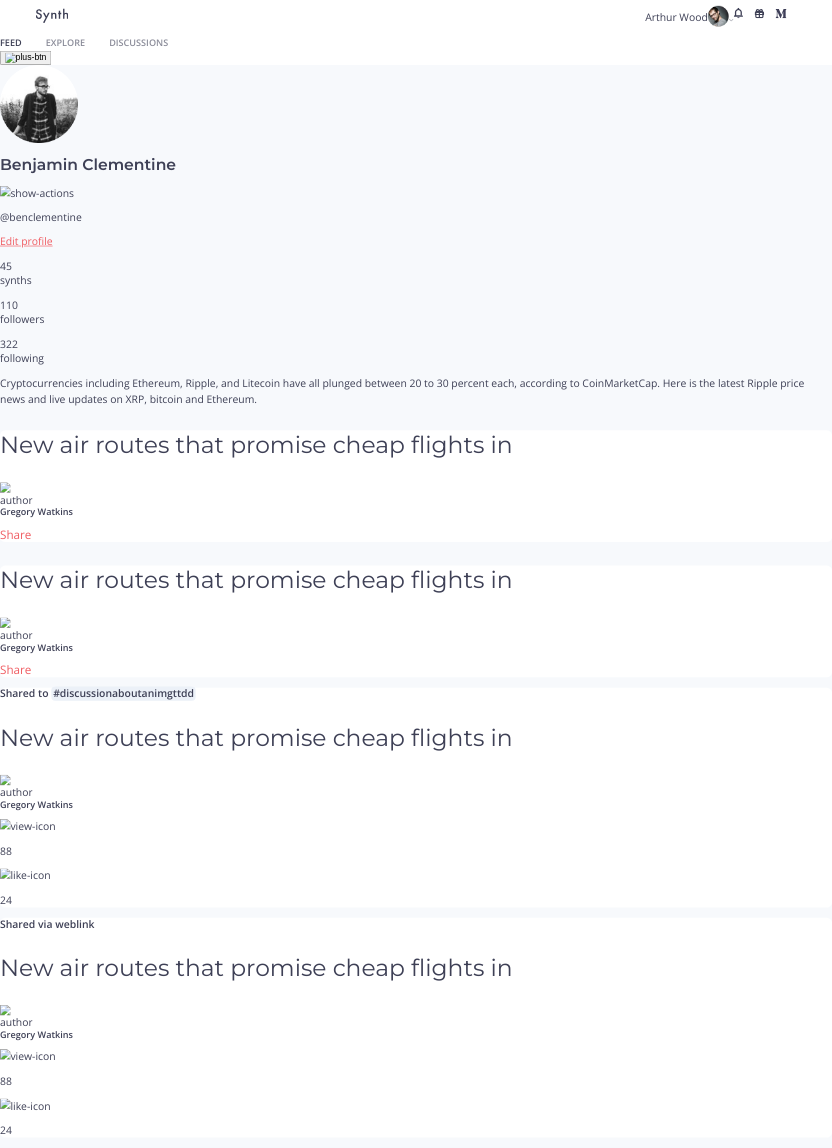
Repository: ecspetra/swivl-test-task
Page: index.html
An editor plug-in stored every save of this project. The page is shown before and after a run of saves, followed by the edit.
The browser window is 1280 px wide. The pictures show the whole page, at 65% of full size.
The style sheet was rebuilt from its Sass, Less or Tailwind sources for each picture, by a compiler version that may differ from the author's.

Above is the page before, as saved 2021-12-09 22:20:06.

### index.html
<!DOCTYPE html>
<html lang="en">

<head>
    <meta charset="UTF-8">
    <meta http-equiv="X-UA-Compatible" content="IE=edge">
    <meta name="viewport" content="width=device-width, initial-scale=1.0">
    <link rel="stylesheet" href="css/style.css">
    <link rel="preconnect" href="https://fonts.googleapis.com">
    <link rel="preconnect" href="https://fonts.gstatic.com" crossorigin>
    <link
        href="https://fonts.googleapis.com/css2?family=Montserrat:wght@400;600&family=Open+Sans:wght@400;600;700&display=swap"
        rel="stylesheet">
    <title>Synth User Profile</title>
</head>

<body>
    <header>
        <div class="header">
            <div class="header__logo-wrapper">
                <img class="header__logo" src="img/synth-logotype.svg" alt="synth-logotype">
            </div>
            <div class="header__profile">
                <div class="header__user">
                    <p class="header__username">Arthur Wood</p>
                    <div class="header__avatar-wrapper">
                        <img class="header__avatar" src="img/header__avatar.png" alt="avatar">
                    </div>
                    <div class="header__arrow-wrapper">
                        <svg class="header__arrow-icon" id="ba6410b2-2881-4fc2-923a-a8db5a3872e4" data-name="Слой 1"
                            xmlns="http://www.w3.org/2000/svg" viewBox="0 0 10 6">
                            <defs>
                                <style>
                                    .f6cb09cf-160b-4058-9ce5-6ae66b7c591d {
                                        fill: #3e4056;
                                    }
                                </style>
                            </defs>
                            <path class="f6cb09cf-160b-4058-9ce5-6ae66b7c591d"
                                d="M5,6a1,1,0,0,1-.71-.29l-4-4A1,1,0,0,1,1.71.29L5,3.59,8.29.29A1,1,0,1,1,9.71,1.71l-4,4A1,1,0,0,1,5,6Z" />
                        </svg>
                    </div>
                </div>
                <div class="header__icons">
                    <div class="header__icon-wrapper">
                        <svg class="header__notifications-icon" width="14" height="16" viewBox="0 0 14 16" fill="none"
                            xmlns="http://www.w3.org/2000/svg">
                            <mask id="path-1-inside-1_0_47" fill="white">
                                <path fill-rule="evenodd" clip-rule="evenodd"
                                    d="M8.64706 14.4C8.64706 15.28 7.90588 16 7 16C6.09412 16 5.35294 15.28 5.35294 14.4H6.64706H7H7.35294H8.64706ZM7 3.51197L6.2133 3.69304C4.69773 4.04187 3.64706 5.33599 3.64706 6.8V11.2V11.6H11.9644L12.3529 11.2L12.7647 11.6L14 12.8V13.6H13.2229H12H11.9532H2.04679H2H0.777143H0V12.8L1.23529 11.6L1.64706 11.2V6.8C1.64706 4.344 3.40118 2.288 5.76471 1.744V1.2C5.76471 0.536 6.31647 0 7 0C7.68353 0 8.23529 0.536 8.23529 1.2V1.744C10.5988 2.288 12.3529 4.344 12.3529 6.8V11.2H10.3529V6.8C10.3529 5.33599 9.30227 4.04187 7.7867 3.69304L7 3.51197Z" />
                            </mask>
                            <path
                                d="M8.64706 14.4H10.6471V12.4H8.64706V14.4ZM5.35294 14.4V12.4H3.35294V14.4H5.35294ZM6.2133 3.69304L6.6619 5.64208H6.6619L6.2133 3.69304ZM7 3.51197L7.4486 1.56293L7 1.45968L6.5514 1.56293L7 3.51197ZM3.64706 11.6H1.64706V13.6H3.64706V11.6ZM11.9644 11.6V13.6H12.8098L13.3989 12.9936L11.9644 11.6ZM12.7647 11.6L11.3711 13.0346L12.7647 11.6ZM14 12.8H16V11.9545L15.3936 11.3654L14 12.8ZM14 13.6V15.6H16V13.6H14ZM0 13.6H-2V15.6H0V13.6ZM0 12.8L-1.39357 11.3654L-2 11.9545V12.8H0ZM1.23529 11.6L-0.158278 10.1654H-0.158278L1.23529 11.6ZM1.64706 11.2L3.04063 12.6346L3.64706 12.0455V11.2H1.64706ZM5.76471 1.744L6.2133 3.69304L7.76471 3.33596V1.744H5.76471ZM8.23529 1.744H6.23529V3.33596L7.78669 3.69304L8.23529 1.744ZM10.3529 11.2H8.35294V13.2H10.3529V11.2ZM7.7867 3.69304L7.3381 5.64208H7.3381L7.7867 3.69304ZM7 18C8.95541 18 10.6471 16.4388 10.6471 14.4H6.64706C6.64706 14.1212 6.85636 14 7 14V18ZM3.35294 14.4C3.35294 16.4388 5.04459 18 7 18V14C7.14364 14 7.35294 14.1212 7.35294 14.4H3.35294ZM6.64706 12.4H5.35294V16.4H6.64706V12.4ZM7 12.4H6.64706V16.4H7V12.4ZM7.35294 12.4H7V16.4H7.35294V12.4ZM8.64706 12.4H7.35294V16.4H8.64706V12.4ZM6.6619 5.64208L7.4486 5.46101L6.5514 1.56293L5.76471 1.744L6.6619 5.64208ZM5.64706 6.8C5.64706 6.32045 6.00193 5.79398 6.6619 5.64208L5.76471 1.744C3.39352 2.28976 1.64706 4.35153 1.64706 6.8H5.64706ZM5.64706 11.2V6.8H1.64706V11.2H5.64706ZM5.64706 11.6V11.2H1.64706V11.6H5.64706ZM11.9644 9.6H3.64706V13.6H11.9644V9.6ZM10.9184 9.80643L10.5298 10.2064L13.3989 12.9936L13.7875 12.5936L10.9184 9.80643ZM14.1583 10.1654L13.7465 9.76544L10.9594 12.6346L11.3711 13.0346L14.1583 10.1654ZM15.3936 11.3654L14.1583 10.1654L11.3711 13.0346L12.6064 14.2346L15.3936 11.3654ZM16 13.6V12.8H12V13.6H16ZM13.2229 15.6H14V11.6H13.2229V15.6ZM12 15.6H13.2229V11.6H12V15.6ZM11.9532 15.6H12V11.6H11.9532V15.6ZM2.04679 15.6H11.9532V11.6H2.04679V15.6ZM2 15.6H2.04679V11.6H2V15.6ZM0.777143 15.6H2V11.6H0.777143V15.6ZM0 15.6H0.777143V11.6H0V15.6ZM-2 12.8V13.6H2V12.8H-2ZM-0.158278 10.1654L-1.39357 11.3654L1.39357 14.2346L2.62887 13.0346L-0.158278 10.1654ZM0.253487 9.76544L-0.158278 10.1654L2.62887 13.0346L3.04063 12.6346L0.253487 9.76544ZM-0.352941 6.8V11.2H3.64706V6.8H-0.352941ZM5.31611 -0.20504C2.10462 0.534128 -0.352941 3.35201 -0.352941 6.8H3.64706C3.64706 5.33599 4.69773 4.04187 6.2133 3.69304L5.31611 -0.20504ZM3.76471 1.2V1.744H7.76471V1.2H3.76471ZM7 -2C5.26695 -2 3.76471 -0.622824 3.76471 1.2H7.76471C7.76471 1.69482 7.36599 2 7 2V-2ZM10.2353 1.2C10.2353 -0.622824 8.73305 -2 7 -2V2C6.63401 2 6.23529 1.69482 6.23529 1.2H10.2353ZM10.2353 1.744V1.2H6.23529V1.744H10.2353ZM14.3529 6.8C14.3529 3.35201 11.8954 0.534128 8.68389 -0.20504L7.78669 3.69304C9.30227 4.04187 10.3529 5.33599 10.3529 6.8H14.3529ZM14.3529 11.2V6.8H10.3529V11.2H14.3529ZM10.3529 13.2H12.3529V9.2H10.3529V13.2ZM8.35294 6.8V11.2H12.3529V6.8H8.35294ZM7.3381 5.64208C7.99807 5.79398 8.35294 6.32045 8.35294 6.8H12.3529C12.3529 4.35153 10.6065 2.28976 8.23529 1.744L7.3381 5.64208ZM6.5514 5.46101L7.3381 5.64208L8.23529 1.744L7.4486 1.56293L6.5514 5.46101Z"
                                fill="#3E4056" mask="url(#path-1-inside-1_0_47)" />
                        </svg>
                    </div>
                    <div class="header__icon-wrapper">
                        <svg class="header__share-icon" id="b2f878dd-77d2-4c09-b9a4-707f73bc2f55" data-name="Слой 1"
                            xmlns="http://www.w3.org/2000/svg" viewBox="0 0 16 15.42">
                            <defs>
                                <style>
                                    .bae8df2b-01c6-49e5-bc60-1f7b441e47a7 {
                                        fill: #3e4056;
                                    }
                                </style>
                            </defs>
                            <g id="b9b9b8c9-97a8-42bd-8cda-88f7a0d50de3" data-name="Rectangle 10">
                                <path class="bae8df2b-01c6-49e5-bc60-1f7b441e47a7"
                                    d="M12,15.42H4a3,3,0,0,1-3-3v-6a3,3,0,0,1,3-3h8a3,3,0,0,1,3,3v6A3,3,0,0,1,12,15.42Zm-8-10a1,1,0,0,0-1,1v6a1,1,0,0,0,1,1h8a1,1,0,0,0,1-1v-6a1,1,0,0,0-1-1Z" />
                            </g>
                            <g id="ac1fcabc-fe41-4ad4-8f2c-08a9574db54f" data-name="Oval 6 Copy 3">
                                <path class="bae8df2b-01c6-49e5-bc60-1f7b441e47a7"
                                    d="M5.56,6.07a4.5,4.5,0,0,1-1.48-.24A3.16,3.16,0,0,1,2.34,4.28,2.93,2.93,0,0,1,2.21,2,3,3,0,0,1,6.13.19a4.73,4.73,0,0,1,2,1.52,2.74,2.74,0,0,1,.64,2.64C8.35,5.56,6.89,6.07,5.56,6.07ZM5.05,2a1,1,0,0,0-1,.64.94.94,0,0,0,0,.75A1.09,1.09,0,0,0,4.77,4a2.41,2.41,0,0,0,2.14-.28A1.13,1.13,0,0,0,6.58,3a2.88,2.88,0,0,0-1.13-.88A1.09,1.09,0,0,0,5.05,2Z" />
                            </g>
                            <g id="abe7f8d5-9a70-44fc-800c-0d9336f48a5e" data-name="Oval 6 Copy 4">
                                <path class="bae8df2b-01c6-49e5-bc60-1f7b441e47a7"
                                    d="M10.44,6.07c-1.33,0-2.79-.51-3.23-1.72a2.74,2.74,0,0,1,.64-2.64,4.73,4.73,0,0,1,2-1.52A3,3,0,0,1,13.79,2a3.05,3.05,0,0,1-1.87,3.87A4.5,4.5,0,0,1,10.44,6.07ZM11,2a1.09,1.09,0,0,0-.4.07A2.88,2.88,0,0,0,9.42,3a1.13,1.13,0,0,0-.33.72A2.42,2.42,0,0,0,11.23,4h0a1,1,0,0,0,.68-1.31A1,1,0,0,0,11,2Z" />
                            </g>
                            <g id="ba091cbe-8ec9-403f-a7b6-b61023df330d" data-name="Rectangle 11">
                                <rect class="bae8df2b-01c6-49e5-bc60-1f7b441e47a7" x="7" y="4.42" width="2"
                                    height="10" />
                            </g>
                            <path class="bae8df2b-01c6-49e5-bc60-1f7b441e47a7"
                                d="M14,4.12H2a2,2,0,0,0-2,2v3a1,1,0,0,0,1,1H15a1,1,0,0,0,1-1v-3A2,2,0,0,0,14,4.12Zm0,4.06H2V6.12H14Z" />
                        </svg>
                    </div>
                    <div class="header__icon-wrapper">
                        <svg class="header__medium-icon" width="16" height="13" viewBox="0 0 16 13" fill="none"
                            xmlns="http://www.w3.org/2000/svg">
                            <path
                                d="M1.89729 2.65197C1.91717 2.45096 1.84227 2.25228 1.69561 2.11699L0.201681 0.275132V0H4.84034L8.42577 8.04762L11.578 0H16V0.275132L14.7227 1.52851C14.6126 1.61442 14.5579 1.75561 14.5808 1.89536V11.1046C14.5579 11.2444 14.6126 11.3856 14.7227 11.4715L15.9701 12.7249V13H9.69561V12.7249L10.9879 11.4409C11.1148 11.311 11.1148 11.2728 11.1148 11.0741V3.63022L7.52194 12.9694H7.03641L2.85341 3.63022V9.88948C2.81853 10.1526 2.90393 10.4176 3.08497 10.6079L4.76564 12.6943V12.9694H0V12.6943L1.68067 10.6079C1.86039 10.4173 1.94081 10.1506 1.89729 9.88948V2.65197Z"
                                fill="#3E3F58" />
                        </svg>
                    </div>
                </div>
            </div>
        </div>
        <div class="header__navigation-wrapper">
            <nav class="header__navigation">
                <ul class="navigation-list">
                    <li><a href="#" class="navigation-list__item navigation-list__item__active">Feed</a></li>
                    <li><a href="#" class="navigation-list__item">Explore</a></li>
                    <li><a href="#" class="navigation-list__item">Discussions</a></li>
                </ul>
            </nav>
        </div>
        <button class="header__btn-wrapper">
            <img class="header__btn" src="" alt="plus-btn">
        </button>
    </header>
    <main>
        <section>
            <div class="profile">
                <div class="profile__user-details">
                    <div class="profile__general">
                        <div class="profile__avatar-wrapper">
                            <img class="profile__avatar" src="img/profile__avatar.png" alt="avatar">
                        </div>
                        <div class="profile__name-wrapper">
                            <h2 class="profile__name">Benjamin Clementine</h2>
                            <div class="profile__dots-wrapper">
                                <img class="profile__dots" src="" alt="show-actions">
                            </div>
                        </div>
                        <p class="profile__instagram">@benclementine</p>
                        <a class="profile__edit-btn" href="#">Edit profile</a>
                    </div>
                    <div class="profile__statistics">
                        <p class="profile__synths"><span>45</span><br>synths</p>
                        <p class="profile__followers"><span>110</span><br>followers</p>
                        <p class="profile__following"><span>322</span><br>following</p>
                    </div>
                    <p class="profile__description">Cryptocurrencies including Ethereum, Ripple, and Litecoin have all
                        plunged between 20 to 30 percent each, according to CoinMarketCap. Here is the latest Ripple
                        price news and live updates on XRP, bitcoin and Ethereum.</p>
                </div>

                <div class="profile__switcher"></div>

                <div class="profile__cards-wrapper">
                    <article class="profile-card">
                        <h1 class="profile-card__headline">New air routes that promise cheap flights in</h1>
                        <div class="profile-card__bottom">
                            <div class="profile-card__author-wrapper">
                                <div class="profile-card__author-photo">
                                    <img class="profile-card__author" src="" alt="author">
                                </div>
                                <p class="profile-card__author-name">Gregory Watkins</p>
                            </div>
                            <div class="profile-card__actions-wrapper">
                                <div class="profile-card__share-wrapper">
                                    <a class="profile-card__share-link">Share</a>
                                </div>
                            </div>
                        </div>
                    </article>
                    <article class="profile-card">
                        <h1 class="profile-card__headline">New air routes that promise cheap flights in</h1>
                        <div class="profile-card__bottom">
                            <div class="profile-card__author-wrapper">
                                <div class="profile-card__author-photo">
                                    <img class="profile-card__author" src="" alt="author">
                                </div>
                                <p class="profile-card__author-name">Gregory Watkins</p>
                            </div>
                            <div class="profile-card__actions-wrapper">
                                <div class="profile-card__share-wrapper">
                                    <a class="profile-card__share-link" href="#">Share</a>
                                </div>
                            </div>
                        </div>
                    </article>
                    <article class="profile-card">
                        <p class="profile-card__top">Shared to <span>#discussionaboutanimgttdd</span></p>
                        <h1 class="profile-card__headline">New air routes that promise cheap flights in</h1>
                        <div class="profile-card__bottom">
                            <div class="profile-card__author-wrapper">
                                <div class="profile-card__author-photo">
                                    <img class="profile-card__author" src="" alt="author">
                                </div>
                                <p class="profile-card__author-name">Gregory Watkins</p>
                            </div>
                            <div class="profile-card__actions-wrapper">
                                <div class="profile-card__icon-wrapper">
                                    <img class="profile-card__view-icon" src="" alt="view-icon">
                                    <p class="profile-card__icon-counter">88</p>
                                </div>
                                <div class="profile-card__icon-wrapper">
                                    <img class="profile-card__like-icon" src="" alt="like-icon">
                                    <p class="profile-card__icon-counter">24</p>
                                </div>
                            </div>
                        </div>
                    </article>
                    <article class="profile-card">
                        <p class="profile-card__top weblink-shared">Shared via weblink</p>
                        <h1 class="profile-card__headline">New air routes that promise cheap flights in</h1>
                        <div class="profile-card__bottom">
                            <div class="profile-card__author-wrapper">
                                <div class="profile-card__author-photo">
                                    <img class="profile-card__author" src="" alt="author">
                                </div>
                                <p class="profile-card__author-name">Gregory Watkins</p>
                            </div>
                            <div class="profile-card__actions-wrapper">
                                <div class="profile-card__icon-wrapper">
                                    <img class="profile-card__view-icon" src="" alt="view-icon">
                                    <p class="profile-card__icon-counter">88</p>
                                </div>
                                <div class="profile-card__icon-wrapper">
                                    <img class="profile-card__like-icon" src="" alt="like-icon">
                                    <p class="profile-card__icon-counter">24</p>
                                </div>
                            </div>
                        </div>
                    </article>
                </div>
            </div>
        </section>
    </main>

</body>

</html>

### scss/style.scss
$bg-color: #f7f9fc;
$main-color: #3e4056;
$accent-color: #f05d63;
$text-bg-color: #ecf1f8;

body {
  width: 100%;
  height: auto;
  margin: 0;
  padding: 0;
  background-color: $bg-color;
  font-family: "Open Sans", sans-serif;
  color: $main-color;
}

* {
  -webkit-box-sizing: border-box;
  box-sizing: border-box;
}

header {
  width: 100%;
  background-color: #ffffff;
}
main,
section {
  width: 100%;
}
a {
  text-decoration: none;
  color: $accent-color;
}
ul {
  padding: 0;
  margin: 0;
  li {
    list-style-type: none;
  }
}
.header {
  max-width: 1218px;
  padding: 0 24px;
  margin: 0 auto;
  display: -webkit-box;
  display: -ms-flexbox;
  display: flex;
  -webkit-box-orient: horizontal;
  -webkit-box-direction: normal;
  -ms-flex-direction: row;
  flex-direction: row;
  -webkit-box-pack: justify;
  -ms-flex-pack: justify;
  justify-content: space-between;
  -webkit-box-align: center;
  -ms-flex-align: center;
  align-items: center;
}
.header__logo-wrapper {
}
.header__logo {
}
.header__profile {
  display: -webkit-box;
  display: -ms-flexbox;
  display: flex;
  -webkit-box-orient: horizontal;
  -webkit-box-direction: normal;
  -ms-flex-direction: row;
  flex-direction: row;
  -webkit-box-pack: end;
  -ms-flex-pack: end;
  justify-content: flex-end;
  -webkit-box-align: center;
  -ms-flex-align: center;
  align-items: center;
}
.header__user,
.header__icons {
  display: -webkit-box;
  display: -ms-flexbox;
  display: flex;
  -webkit-box-orient: horizontal;
  -webkit-box-direction: normal;
  -ms-flex-direction: row;
  flex-direction: row;
  -webkit-box-pack: justify;
  -ms-flex-pack: justify;
  justify-content: space-between;
  -webkit-box-align: center;
  -ms-flex-align: center;
  align-items: center;
}
.header__user {
}
.header__username {
}
.header__avatar-wrapper {
}
.header__avatar {
}
.header__arrow-wrapper {
}
.header__arrow-icon {
  width: 8px;
  height: 4px;
  opacity: 0.4;
}
.header__icons {
}
.header__icon-wrapper {
  width: 32px;
  height: 32px;
}
.header__share-icon,
.header__share-icon,
.header__medium-icon {
  width: auto;
  height: 14px;
}
.header__navigation-wrapper {
}
.header__navigation {
}
.navigation-list {
  display: -webkit-box;
  display: -ms-flexbox;
  display: flex;
  -webkit-box-orient: horizontal;
  -webkit-box-direction: normal;
  -ms-flex-direction: row;
  flex-direction: row;
  -webkit-box-pack: start;
  -ms-flex-pack: start;
  justify-content: flex-start;
  -webkit-box-align: center;
  -ms-flex-align: center;
  align-items: center;
  gap: 37px;
}
.navigation-list__item {
  color: $main-color;
  text-transform: uppercase;
  font: 600 14px / 16px "Open Sans", sans-serif;
  opacity: 0.6;
}
.navigation-list__item__active {
  opacity: 1;
}
.header__btn-wrapper {
}
.header__btn {
}
.profile {
}
.profile__user-details {
}
.profile__general {
}
.profile__avatar-wrapper {
  width: 120px;
  height: 120px;
}
.profile__avatar {
  width: 100%;
  height: 100%;
}
.profile__name-wrapper {
}
.profile__name {
  font: 600 24px / 26px "Montserrat", sans-serif;
}
.profile__dots-wrapper {
}
.profile__dots {
}
.profile__instagram {
  font: 400 16px / 20px "Open Sans", sans-serif;
}
.profile__edit-btn {
  font: 400 16px / 20px "Open Sans", sans-serif;
  text-decoration: underline;
}
.profile__statistics {
}
.profile__synths {
}
.profile__followers {
}
.profile__following {
}
.profile__description {
  font: 400 16px / 24px "Open Sans", sans-serif;
}
.profile__switcher {
}
.profile__cards-wrapper {
}
.profile-card {
  background-color: #ffffff;
  border-radius: 8px;
  width: 100%;
}
.profile-card__headline {
  font: 400 36px / 44px "Montserrat", sans-serif;
}
.profile-card__bottom {
}
.profile-card__author-wrapper {
}
.profile-card__author-photo {
  width: 24px;
  height: 24px;
}
.profile-card__author {
  width: 100%;
  height: 100%;
}
.profile-card__author-name {
  font: 600 14px / 16px "Open Sans", sans-serif;
}
.profile-card__actions-wrapper {
}
.profile-card__share-wrapper {
}
.profile-card__share-link {
  font: 400 18px / 24px "Open Sans", sans-serif;
}
.profile-card__top {
  font: 600 16px / 18px "Open Sans", sans-serif;

  span {
    background-color: $text-bg-color;
    border-radius: 6px;
    padding: 0 3px;
    white-space: nowrap;
    overflow: hidden;
    text-overflow: ellipsis;
  }
}
.profile-card__icon-wrapper {
}
.profile-card__view-icon {
}
.profile-card__icon-counter {
}
.profile-card__like-icon {
}
.weblink-shared {
}

After the next 2 saves:
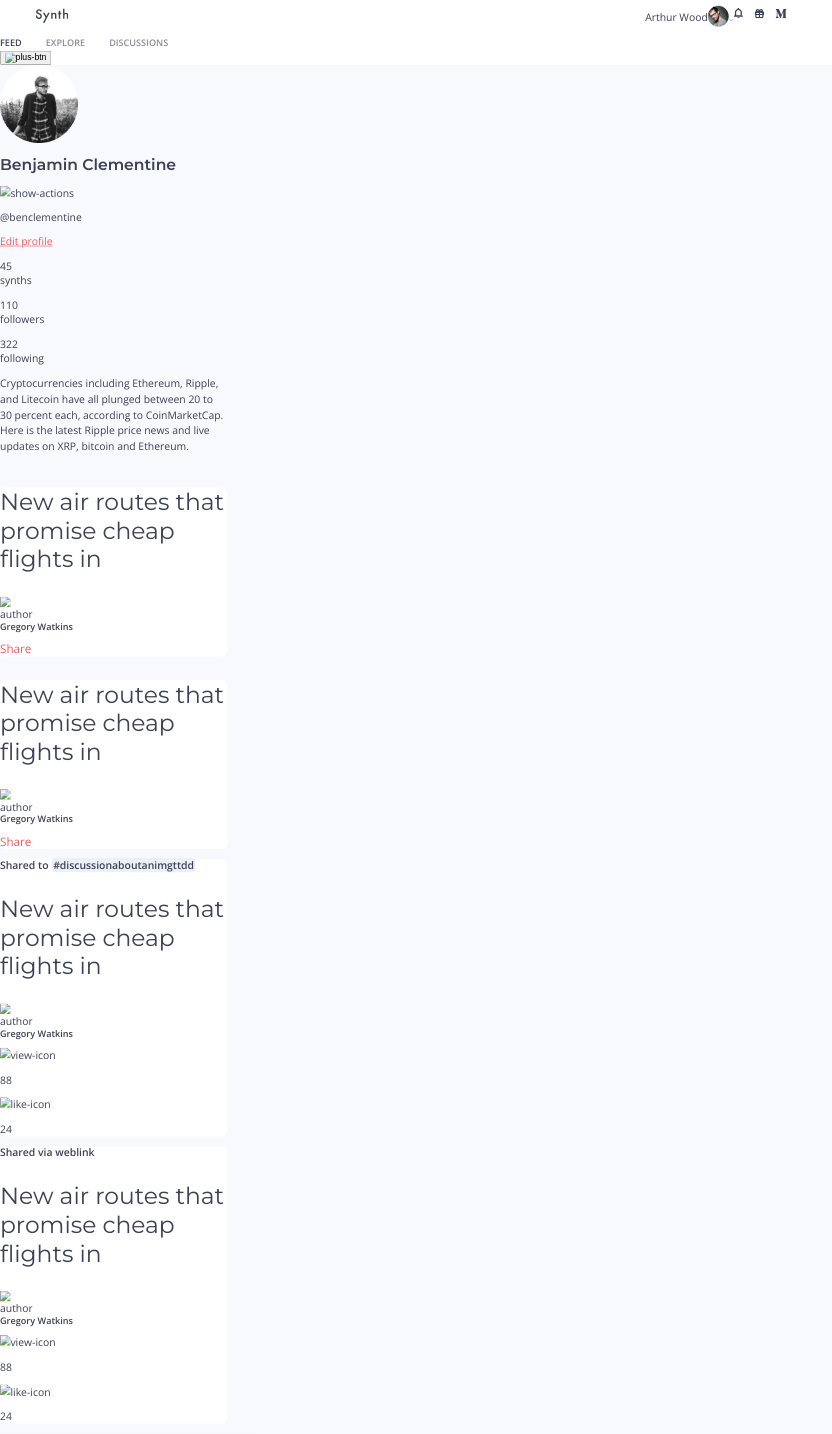
The 2 saves are shown as one change because 1 did not build or start.
The last was saved 62 s later.
--- a/scss/style.scss
+++ b/scss/style.scss
@@ -151,6 +151,8 @@ ul {
 .header__btn {
 }
 .profile {
+  display: grid;
+  grid-template-columns: 350px 1fr;
 }
 .profile__user-details {
 }
